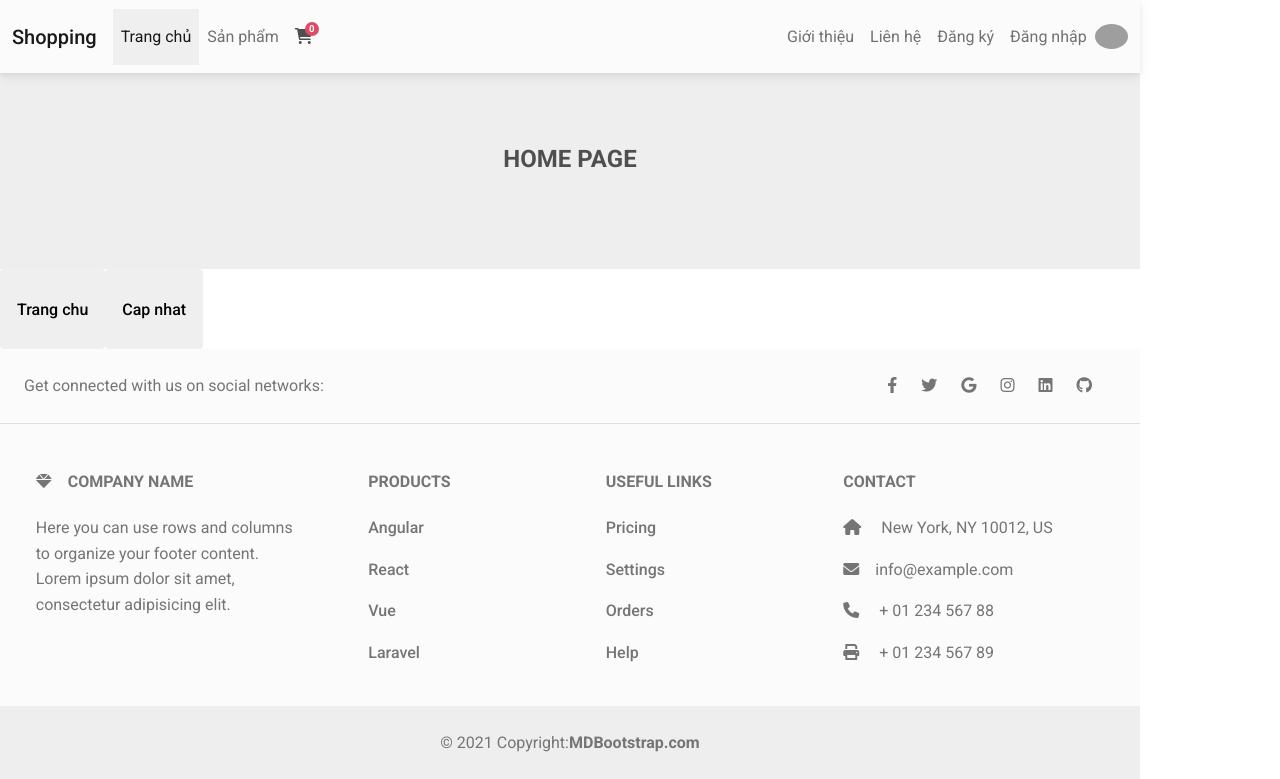
Repository: TinhTT336/MD02_Session10
Page: /
These files come from the project's save history. The page is drawn as it stood at one moment and after the next save; the edit follows.
The browser window is 1280 px wide. The pictures show the whole page.
Pictures or frames that could not be fetched are drawn as grey boxes. Some web libraries are served in a nearby version. The project was rebuilt for these pictures with package versions that can differ from the ones it lists, and the page was loaded fresh each time. Also part of the build but not shown: vite.config.js, src/common/formatMoney.js, src/actions/cartActions.js, src/pages/ListProduct.jsx, src/pages/Cart.jsx, src/components/base/backtop/backtop.css, src/components/base/backtop/BackToTop.jsx, src/pages/About.jsx and 4 more.

Above is the page before, as saved 2023-09-08 14:33:56.

### index.html
<!DOCTYPE html>
<html lang="en">
  <head>
    <meta charset="UTF-8" />
    <link rel="icon" type="image/svg+xml" href="/vite.svg" />
    <meta name="viewport" content="width=device-width, initial-scale=1.0" />
    <title>Vite + React</title>
    <!-- Font Awesome -->
    <link
      href="https://cdnjs.cloudflare.com/ajax/libs/font-awesome/6.0.0/css/all.min.css"
      rel="stylesheet"
    />
    <!-- Google Fonts -->
    <link
      href="https://fonts.googleapis.com/css?family=Roboto:300,400,500,700&display=swap"
      rel="stylesheet"
    />
    <!-- MDB -->
    <link
      href="https://cdnjs.cloudflare.com/ajax/libs/mdb-ui-kit/6.4.1/mdb.min.css"
      rel="stylesheet"
    />
  </head>
  <body>
    <div id="root"></div>
    <script type="module" src="/src/main.jsx"></script>
    <script
      type="text/javascript"
      src="https://cdnjs.cloudflare.com/ajax/libs/mdb-ui-kit/6.4.1/mdb.min.js"
    ></script>
  </body>
</html>

### src/main.jsx
import React from 'react'
import ReactDOM from 'react-dom/client'
import App from './App.jsx'
import './index.css'
import { BrowserRouter } from 'react-router-dom'
import { Provider } from 'react-redux'
import { createStore } from 'redux'
import { reducer } from './reducers/index.js'

const store = createStore(reducer)
ReactDOM.createRoot(document.getElementById('root')).render(
  <React.StrictMode>
    <BrowserRouter>
      <Provider store={store}>
        <App />
      </Provider>
    </BrowserRouter>
  </React.StrictMode>,
)

### src/App.jsx

import { Route, Routes, useLocation } from 'react-router-dom'
import './App.css'
import Home from './pages/Home'
import ListProduct from './pages/ListProduct'
import Cart from './pages/Cart'
import About from './pages/About'
import Contact from './pages/Contact'
import Register from './pages/Register'
import Login from './pages/Login'
import ProductDetail from './pages/ProductDetail'
import { useEffect } from 'react'

function App() {
  const location = useLocation();
  useEffect(() => {
    window.scrollTo({ top: 0, behavior: "smooth" });
  }, [location.pathname])
  return (
    <>
      <Routes>
        <Route path='/' element={<Home />}></Route>
        <Route path='/list-product' element={<ListProduct />}></Route>
        <Route path='/product/:id' element={<ProductDetail />}></Route>
        <Route path='/cart' element={<Cart />}></Route>
        <Route path='/about' element={<About />}></Route>
        <Route path='/contact' element={<Contact />}></Route>
        <Route path='/register' element={<Register />}></Route>
        <Route path='/login' element={<Login />}></Route>
        <Route path='/product-detail' element={<ProductDetail />}></Route>
      </Routes>
    </>
  )
}

export default App

### src/reducers/index.js
import { combineReducers } from "redux";
import { listProduct } from "./listProduct";
import { listCart } from "./listCart";

export const reducer = combineReducers({ listProduct, listCart });

### src/App.css
* {
  margin: 0;
  padding: 0;
  box-sizing: border-box;
}
.active {
  background-color: #efefef;
}
body {
  max-width: 90%;
  margin: 0 auto;
}

.nav-item .nav-link {
  padding: 15px;
}

.fa-cart-shopping {
  position: relative;
}

.fa-cart-shopping + span {
  position: absolute;
  top: -10px;
  right: -10px;
  background-color: red;
  color: white;
  border-radius: 50%;
  padding: 5px 10px;
}

### src/pages/Home.jsx
import React from 'react'
import Navbar from '../layouts/Navbar'
import Footer from '../layouts/Footer'
import Button from '../components/base/button/Button'

export default function Home() {
    return (
        <div>
            <Navbar />
            <section style={{ backgroundColor: "#eee" }}>
                <div className="text-center container py-5">
                    <h4 className="mt-4 mb-5">
                        <strong>HOME PAGE</strong>
                    </h4>
                </div>
            </section>
            <Button title={"Trang chu"} />
            <Button title={"Cap nhat"} />
            <Footer />
        </div>
    )
}

### src/reducers/listProduct.js
import products from "../data/products.json";
export const listProduct = (state = products, action) => {
  return state;
};

### src/reducers/listCart.js
import {
  ACT_ADD_CART,
  ACT_DECREASE,
  ACT_DELETE,
  ACT_INCREASE,
} from "../contrains/actionTypes";

const initialState = JSON.parse(localStorage.getItem("carts")) || [];
const saveDataLocal = (arr) => {
  localStorage.setItem("carts", JSON.stringify(arr));
};

/**
 * ham lay ra vi tri cua product trong listProduct
 * @param {*} id id can kiem tra
 * @param {*} arr mang can kiem tra
 * @returns neu tim thay ban ghi thi tra ra vi tri, neu khong tra ra -1
 * Author: TinhTT(08/09/2023)
 */
const findIndexProduct = (id, arr) => {
  const productIndex = arr.findIndex((p) => p.product_id === id);
  return productIndex;
};
export const listCart = (state = initialState, action) => {
  switch (action.type) {
    case ACT_ADD_CART:
      //b1:clone mang cu
      const newCarts = [...state];
      // vi tri can lay
      const indexProduct = findIndexProduct(
        action.payload.product_id,
        newCarts
      );
      // b2: kiem tra san pham da ton tai torng gio hang chua?
      if (indexProduct !== -1) {
        // neu da ton tai thi tang so luong
        newCarts[indexProduct].quantity += 1;
        // b3: luu giu lieu len local
        saveDataLocal(newCarts);
        // b4: return mang moi
        return newCarts;
      } else {
        // neu chua thi them vao gio hang
        const newAddCarts = [...state, { ...action.payload, quantity: 1 }];
        // b3: luu giu lieu len local
        saveDataLocal(newAddCarts);
        // b4: return mang moi
        return newAddCarts;
      }
    case ACT_DECREASE:
      // clone ra mang moi
      const newArr = [...state];
      // tim vi tri san pham
      const indexProductDecrease = findIndexProduct(action.payload, newArr);
      // neu so luong sp lon hon 0 thi giam di
      if (newArr[indexProductDecrease].quantity > 1) {
        newArr[indexProductDecrease].quantity -= 1;
        saveDataLocal(newArr);
        return newArr;
      } else {
        // neu so luong bang 0 thi clear khoi gio hang
        //cach 1:
        // newArr.splice(indexProductDecrease, 1);
        // saveDataLocal(newArr);
        // return newArr;

        // cach 2:
        const productFilter = newArr.filter(
          (p) => p.product_id !== action.payload
        );
        saveDataLocal(productFilter);
        return productFilter;
      }
    case ACT_INCREASE:
      // tim vi tri san pham
      const indexProductIncrease = findIndexProduct(action.payload, state);
      // clone ra mang moi
      const newArrIncrease = [...state];
      newArrIncrease[indexProductIncrease].quantity += 1;
      saveDataLocal(newArrIncrease);
      return newArrIncrease;
    case ACT_DELETE:
      // clone ra mang moi
      const newArrDelete = [...state];
      // loc ra cac san pham co id khac voi id cua sp can xoa
      const newArrAfterDelete = newArrDelete.filter(
        (p) => p.product_id !== action.payload
      );
      // luu giu lieu len local
      saveDataLocal(newArrAfterDelete);
      // return mang moi
      return newArrAfterDelete;
    default:
      return state;
  }
};

### src/layouts/Navbar.jsx
import React from 'react'
import { useSelector } from 'react-redux'
import { Link, NavLink } from 'react-router-dom'

export default function Navbar() {
    const carts = useSelector(cart => cart.listCart);
    return (
        <div>
            <>
                {/* Navbar start */}
                {/* Navbar */}
                <nav className="navbar navbar-expand-lg navbar-light bg-light">
                    {/* Container wrapper */}
                    <div className="container-fluid">
                        {/* Toggle button */}
                        <button
                            className="navbar-toggler"
                            type="button"
                            data-mdb-toggle="collapse"
                            data-mdb-target="#navbarSupportedContent"
                            aria-controls="navbarSupportedContent"
                            aria-expanded="false"
                            aria-label="Toggle navigation"
                        >
                            <i className="fas fa-bars" />
                        </button>
                        {/* Collapsible wrapper */}
                        <div className="collapse navbar-collapse" id="navbarSupportedContent">
                            {/* Navbar brand */}
                            <a className="navbar-brand mt-2 mt-lg-0" >
                                {" "}
                                Shopping{" "}
                            </a>
                            {/* Left links */}
                            <ul className="navbar-nav me-auto mb-2 mb-lg-0">
                                <li className="nav-item">
                                    <NavLink to={"/"} className="nav-link" >
                                        Trang chủ
                                    </NavLink>
                                </li>
                                <li className="nav-item">
                                    <NavLink to={"/list-product"} className="nav-link" >
                                        Sản phẩm
                                    </NavLink>
                                </li>
                                <li className="nav-item">
                                    {/* Icon */}
                                    <Link to={"/cart"} className="text-reset me-3 nav-link" >
                                        <i className="fas fa-shopping-cart" />
                                        <span className="badge rounded-pill badge-notification bg-danger">
                                            {carts.length}
                                        </span>
                                    </Link>
                                </li>
                            </ul>
                            {/* Left links */}
                        </div>
                        {/* Collapsible wrapper */}
                        {/* Right elements */}
                        <div className="d-flex align-items-center">
                            <ul className="navbar-nav me-auto mb-2 mb-lg-0">
                                <li className="nav-item">
                                    <NavLink to={"/about"} className="nav-link" >
                                        Giới thiệu
                                    </NavLink>
                                </li>
                                <li className="nav-item">
                                    <NavLink to={"/contact"} className="nav-link" >
                                        Liên hệ
                                    </NavLink>
                                </li>
                                <li className="nav-item">
                                    <NavLink to={"/register"} className="nav-link" >
                                        Đăng ký
                                    </NavLink>
                                </li>
                                <li className="nav-item">
                                    <NavLink to={"/login"} className="nav-link" >
                                        Đăng nhập
                                    </NavLink>
                                </li>
                            </ul>
                            {/* Avatar */}
                            <div className="dropdown">
                                <a
                                    className="dropdown-toggle d-flex align-items-center hidden-arrow"

                                    id="navbarDropdownMenuAvatar"
                                    role="button"
                                    data-mdb-toggle="dropdown"
                                    aria-expanded="false"
                                >
                                    <img
                                        src="https://mdbcdn.b-cdn.net/img/new/avatars/2.webp"
                                        className="rounded-circle"
                                        height={25}
                                        alt="Black and White Portrait of a Man"
                                        loading="lazy"
                                    />
                                </a>
                                <ul
                                    className="dropdown-menu dropdown-menu-end"
                                    aria-labelledby="navbarDropdownMenuAvatar"
                                >
                                    <li>
                                        <a className="dropdown-item" >
                                            My profile
                                        </a>
                                    </li>
                                    <li>
                                        <a className="dropdown-item" >
                                            Settings
                                        </a>
                                    </li>
                                    <li>
                                        <a className="dropdown-item" >
                                            Logout
                                        </a>
                                    </li>
                                </ul>
                            </div>
                        </div>
                        {/* Right elements */}
                    </div>
                    {/* Container wrapper */}
                </nav>
                {/* Navbar end */}
            </>

        </div>
    )
}

### src/layouts/Footer.jsx
import React from 'react'

export default function Footer() {
    return (
        <>
            <>
                {/* Footer start */}
                {/* Footer */}
                <footer className="text-center text-lg-start bg-light text-muted">
                    {/* Section: Social media */}
                    <section className="d-flex justify-content-center justify-content-lg-between p-4 border-bottom">
                        {/* Left */}
                        <div className="me-5 d-none d-lg-block">
                            <span>Get connected with us on social networks:</span>
                        </div>
                        {/* Left */}
                        {/* Right */}
                        <div>
                            <a href="" className="me-4 text-reset">
                                <i className="fab fa-facebook-f" />
                            </a>
                            <a href="" className="me-4 text-reset">
                                <i className="fab fa-twitter" />
                            </a>
                            <a href="" className="me-4 text-reset">
                                <i className="fab fa-google" />
                            </a>
                            <a href="" className="me-4 text-reset">
                                <i className="fab fa-instagram" />
                            </a>
                            <a href="" className="me-4 text-reset">
                                <i className="fab fa-linkedin" />
                            </a>
                            <a href="" className="me-4 text-reset">
                                <i className="fab fa-github" />
                            </a>
                        </div>
                        {/* Right */}
                    </section>
                    {/* Section: Social media */}
                    {/* Section: Links  */}
                    <section className="">
                        <div className="container text-center text-md-start mt-5">
                            {/* Grid row */}
                            <div className="row mt-3">
                                {/* Grid column */}
                                <div className="col-md-3 col-lg-4 col-xl-3 mx-auto mb-4">
                                    {/* Content */}
                                    <h6 className="text-uppercase fw-bold mb-4">
                                        <i className="fas fa-gem me-3" />
                                        Company name
                                    </h6>
                                    <p>
                                        Here you can use rows and columns to organize your footer content.
                                        Lorem ipsum dolor sit amet, consectetur adipisicing elit.
                                    </p>
                                </div>
                                {/* Grid column */}
                                {/* Grid column */}
                                <div className="col-md-2 col-lg-2 col-xl-2 mx-auto mb-4">
                                    {/* Links */}
                                    <h6 className="text-uppercase fw-bold mb-4">Products</h6>
                                    <p>
                                        <a href="#!" className="text-reset">
                                            Angular
                                        </a>
                                    </p>
                                    <p>
                                        <a href="#!" className="text-reset">
                                            React
                                        </a>
                                    </p>
                                    <p>
                                        <a href="#!" className="text-reset">
                                            Vue
                                        </a>
                                    </p>
                                    <p>
                                        <a href="#!" className="text-reset">
                                            Laravel
                                        </a>
                                    </p>
                                </div>
                                {/* Grid column */}
                                {/* Grid column */}
                                <div className="col-md-3 col-lg-2 col-xl-2 mx-auto mb-4">
                                    {/* Links */}
                                    <h6 className="text-uppercase fw-bold mb-4">Useful links</h6>
                                    <p>
                                        <a href="#!" className="text-reset">
                                            Pricing
                                        </a>
                                    </p>
                                    <p>
                                        <a href="#!" className="text-reset">
                                            Settings
                                        </a>
                                    </p>
                                    <p>
                                        <a href="#!" className="text-reset">
                                            Orders
                                        </a>
                                    </p>
                                    <p>
                                        <a href="#!" className="text-reset">
                                            Help
                                        </a>
                                    </p>
                                </div>
                                {/* Grid column */}
                                {/* Grid column */}
                                <div className="col-md-4 col-lg-3 col-xl-3 mx-auto mb-md-0 mb-4">
                                    {/* Links */}
                                    <h6 className="text-uppercase fw-bold mb-4">Contact</h6>
                                    <p>
                                        <i className="fas fa-home me-3" /> New York, NY 10012, US
                                    </p>
                                    <p>
                                        <i className="fas fa-envelope me-3" />
                                        info@example.com
                                    </p>
                                    <p>
                                        <i className="fas fa-phone me-3" /> + 01 234 567 88
                                    </p>
                                    <p>
                                        <i className="fas fa-print me-3" /> + 01 234 567 89
                                    </p>
                                </div>
                                {/* Grid column */}
                            </div>
                            {/* Grid row */}
                        </div>
                    </section>
                    {/* Section: Links  */}
                    {/* Copyright */}
                    <div
                        className="text-center p-4"
                        style={{ backgroundColor: "rgba(0, 0, 0, 0.05)" }}
                    >
                        © 2021 Copyright:
                        <a className="text-reset fw-bold" href="https://mdbootstrap.com/">
                            MDBootstrap.com
                        </a>
                    </div>
                    {/* Copyright */}
                </footer>
                {/* Footer */}
                {/* Footer end */}
            </>

        </ >
    )
}

### src/components/base/button/Button.jsx
import React from 'react';
import "./button.css";

export default function Button({ title }) {
    return (
        <>
            <button className='t-button'>
                {title}
            </button>
        </>
    )
}

### src/contrains/actionTypes.js
export const ACT_ADD_CART = "add";
export const ACT_DECREASE = "decrease";
export const ACT_INCREASE = "increase";
export const ACT_DELETE = "delete";

### src/components/base/button/button.css
.t-button {
  height: 36px;
  border: 1px solid transparent;
  border-radius: 4px;
  padding: 0 16px;
  min-height: 80px;
  /* line-height: 36px; */
  cursor: pointer;
  background-color: #efefef;
}

Loaded but not shown: src/index.css (common file); src/data/products.json (44 lines, source omitted)

After the next save:
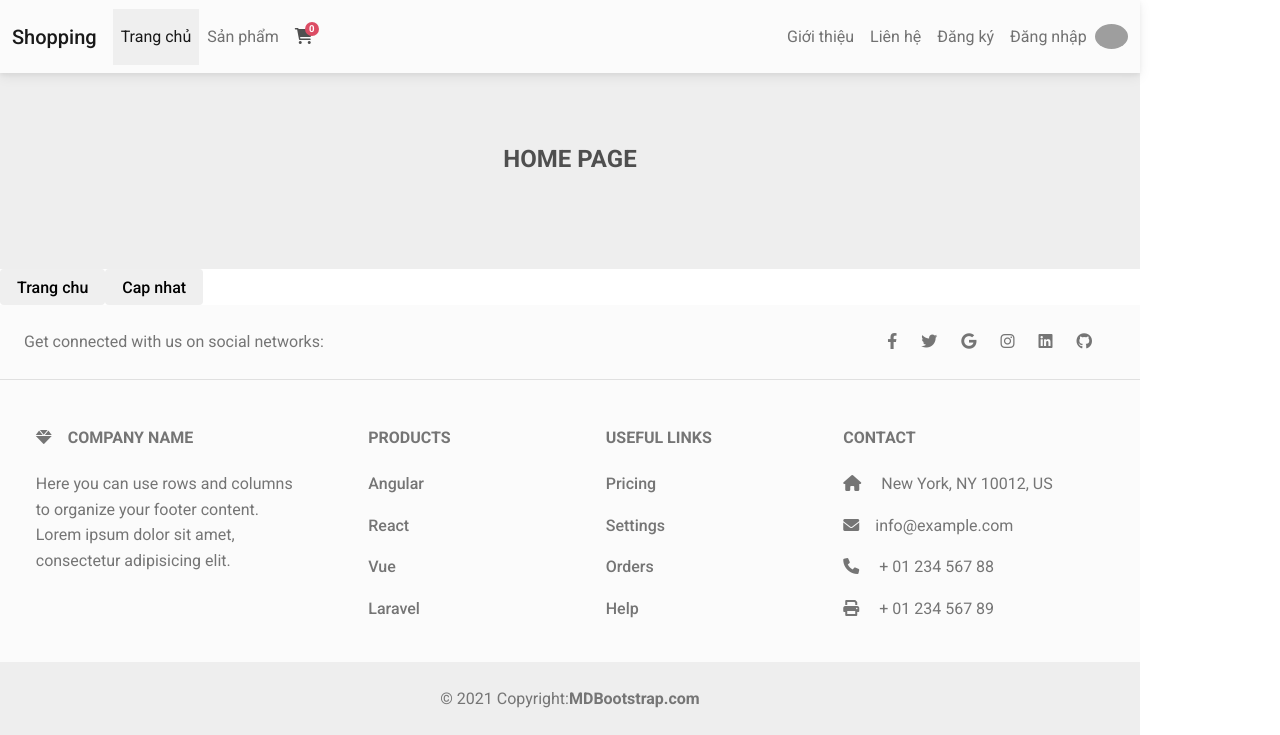
Saved 26 s later.
--- a/src/components/base/button/button.css
+++ b/src/components/base/button/button.css
@@ -3,7 +3,7 @@
   border: 1px solid transparent;
   border-radius: 4px;
   padding: 0 16px;
-  min-height: 80px;
+  min-width: 80px;
   /* line-height: 36px; */
   cursor: pointer;
   background-color: #efefef;
